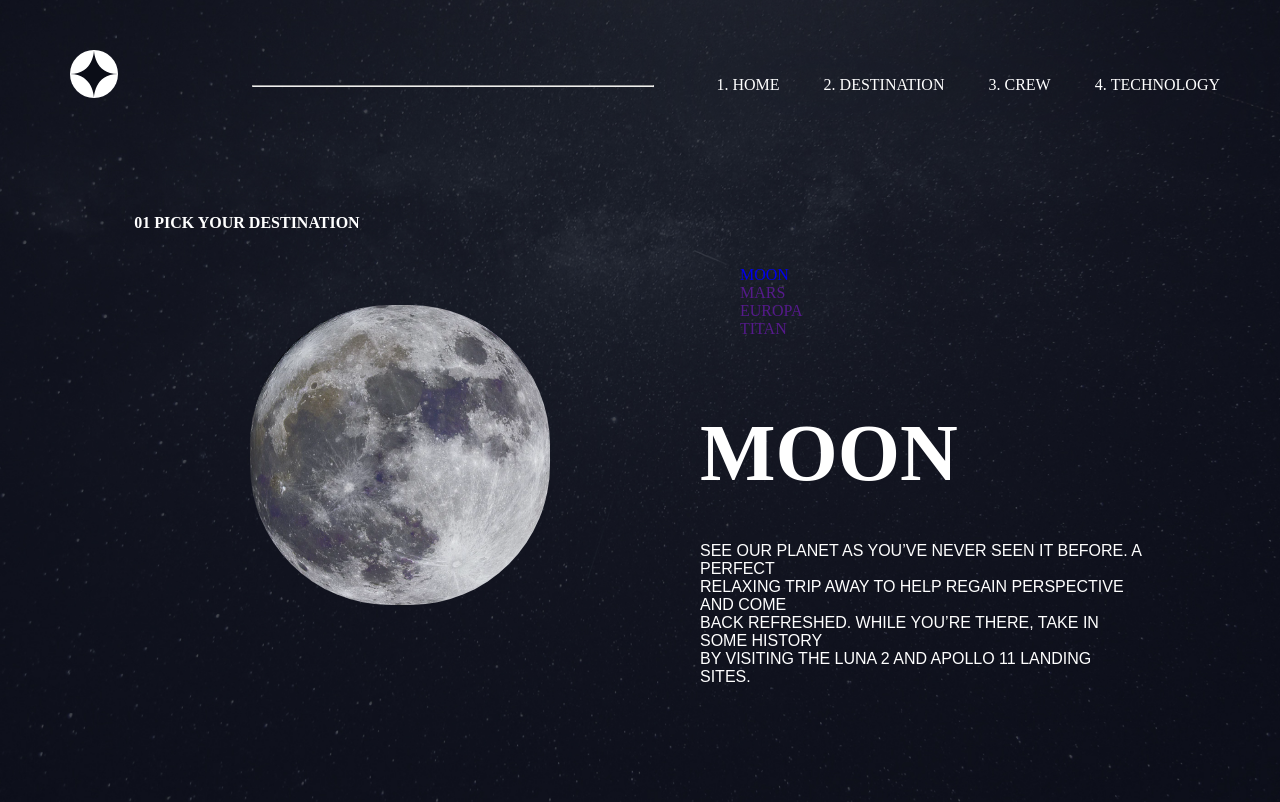
Repository: batonAnton/space_tourism
Page: destination.html
An editor plug-in stored every save of this project. The page is shown before and after the next save, followed by the edit.
The browser window is 1280 px wide. The pictures show the whole page.
Some web fonts or font styles are not loaded; a fallback is used.

Above is the page before, as saved 2022-05-20 11:04:00.

After the next save:
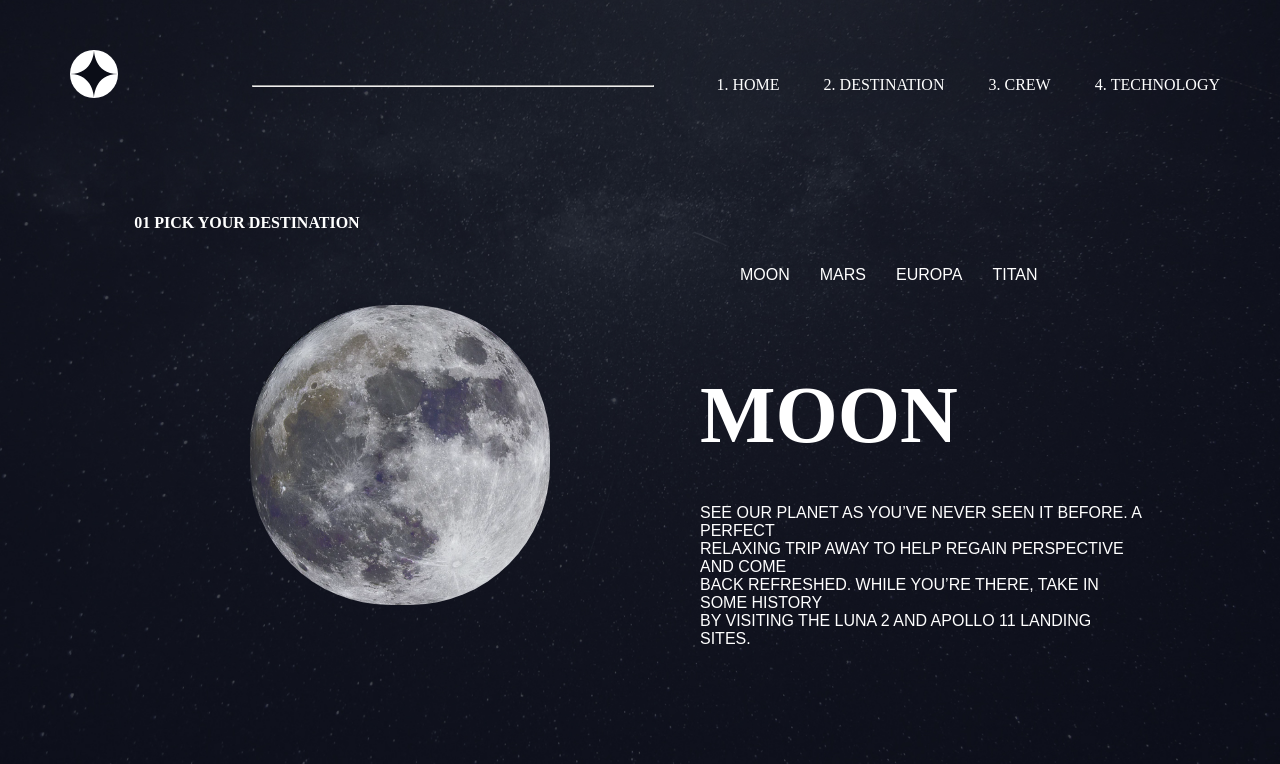
Saved 26 s later.
--- a/css/style2 .css
+++ b/css/style2 .css
@@ -92,15 +92,28 @@ li {
   float: right;
   clear: none;
   text-transform: uppercase;
+  font-family: 'Barlow Condensed', sans-serif;
+  font-size: 1rem;
+  color: #ffffff;
 }
 
 ul{
     list-style-type: none;
+    display: inline-flex;
 }
 
 .nav_planet a {
   text-decoration: none;
+  font-family: 'Barlow Condensed', sans-serif;
+  font-size: 1rem;
+  color: #ffffff;
 }
+
+.nav_planet li {
+    padding: 0px 30px 0px 0px;
+    color: #ffffff;
+    text-align: left;
+  }
 
 .h2_planet {
   height: 1px;
